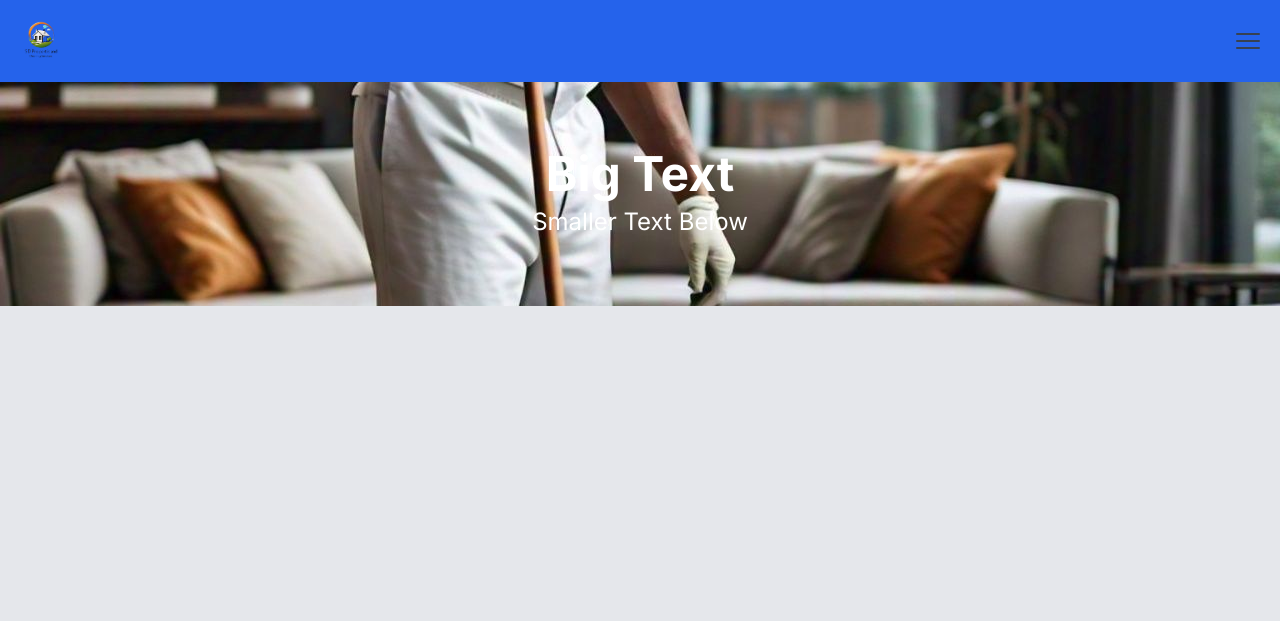
Repository: devmskhan/sdpropandclean
Page: /
The author's editor kept a copy of each file at every save. The page is drawn from the files as they stood at one save, then again after the next save.
The browser window is 1280 px wide. The pictures show the whole page.
The project was rebuilt for these pictures with package versions that can differ from the ones it lists, and the page was loaded fresh each time. The framework's server and built-in components were replaced by stand-ins that run in the browser. Also part of the build but not shown: next.config.mjs.

Above is the page before, as saved 2024-09-02 14:54:24.

### app/layout.tsx
import type { Metadata } from "next";
import { Inter } from "next/font/google";
import "./globals.css";

const inter = Inter({ subsets: ["latin"] });

export const metadata: Metadata = {
  title: "SD Properties & Cleaning",
  description: "Provision of Houses and Cleanliness of Homes is our apex goal",
};

export default function RootLayout({
  children,
}: Readonly<{
  children: React.ReactNode;
}>) {
  return (
    <html lang="en">
      <body className={inter.className}>{children}</body>
    </html>
  );
}

### app/page.tsx
import Header from '../components/Header';
import Body from '../components/Body';

export default function Home() {
  return (
    <main className="min-h-screen bg-gray-200">
      <Header />
      <Body />
    </main>
  );
}

### components/Header.tsx
import Image from "next/image";
import { Bars3Icon } from '@heroicons/react/24/solid'


function Header() {
    return (
        <header className="sticky top-0 flex justify-between items-center p-4 bg-blue-600 shadow-md">
      {/* Logo on the top left */}
      <div className="flex items-center">
        <Image
          src="/logo.png"
          alt="Logo"
          width={50}
          height={50}
          className="cursor-pointer"
        />
      </div>

      {/* Triple line (hamburger) icon on the top right */}
      <div className="cursor-pointer">
        <Bars3Icon className="h-8 w-8 text-gray-700" />
      </div>
    </header>
    )
}

export default Header;

### components/Body.tsx



function Body() {
    return (
        <div className="relative w-full h-56 bg-cover bg-center text-white"
         style={{ backgroundImage: 'url("/pic1.jpg")' }}>
      <div className="absolute inset-0 flex flex-col justify-center items-center text-center">
        {/* Larger Text */}
        <h1 className="text-5xl font-bold mb-2">
          Big Text
        </h1>
        {/* Smaller Text */}
        <p className="text-2xl">
          Smaller Text Below
        </p>
      </div>
    </div>
    )
}

export default Body;

Loaded but not shown: app/globals.css (common file); tailwind.config.ts (common file)

After the next save:
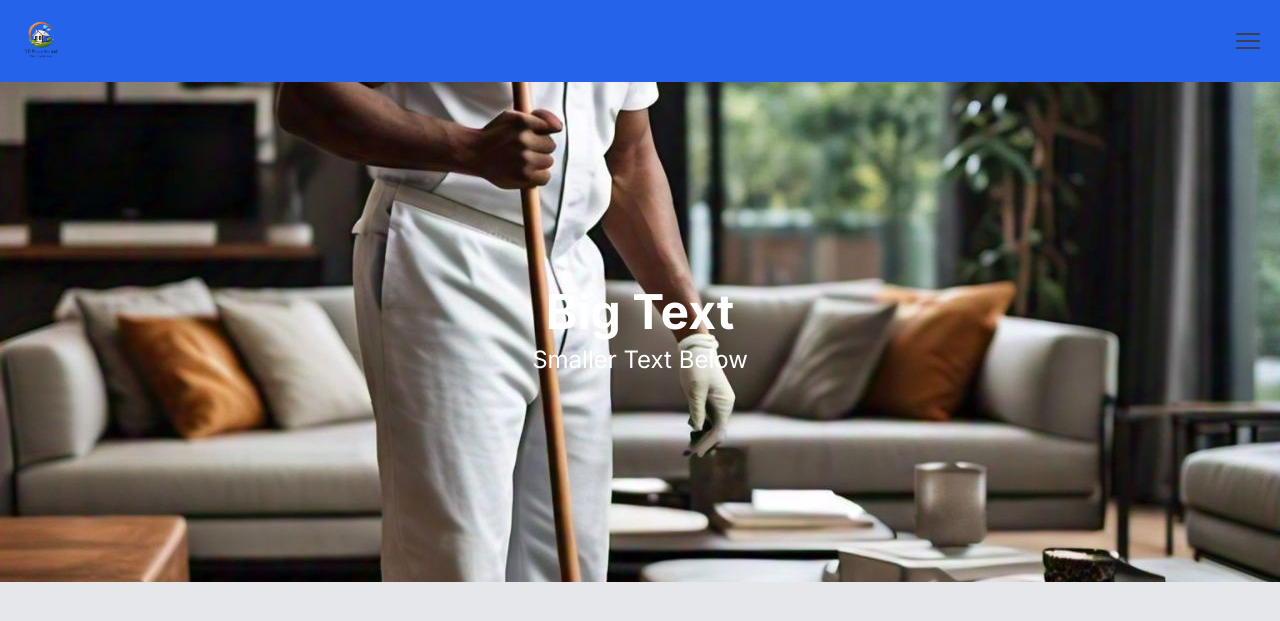
Saved 106 s later.
--- a/components/Body.tsx
+++ b/components/Body.tsx
@@ -3,7 +3,7 @@
 
 function Body() {
     return (
-        <div className="relative w-full h-56 bg-cover bg-center text-white"
+        <div className="relative w-full h-[500px] bg-cover bg-center text-white"
          style={{ backgroundImage: 'url("/pic1.jpg")' }}>
       <div className="absolute inset-0 flex flex-col justify-center items-center text-center">
         {/* Larger Text */}
